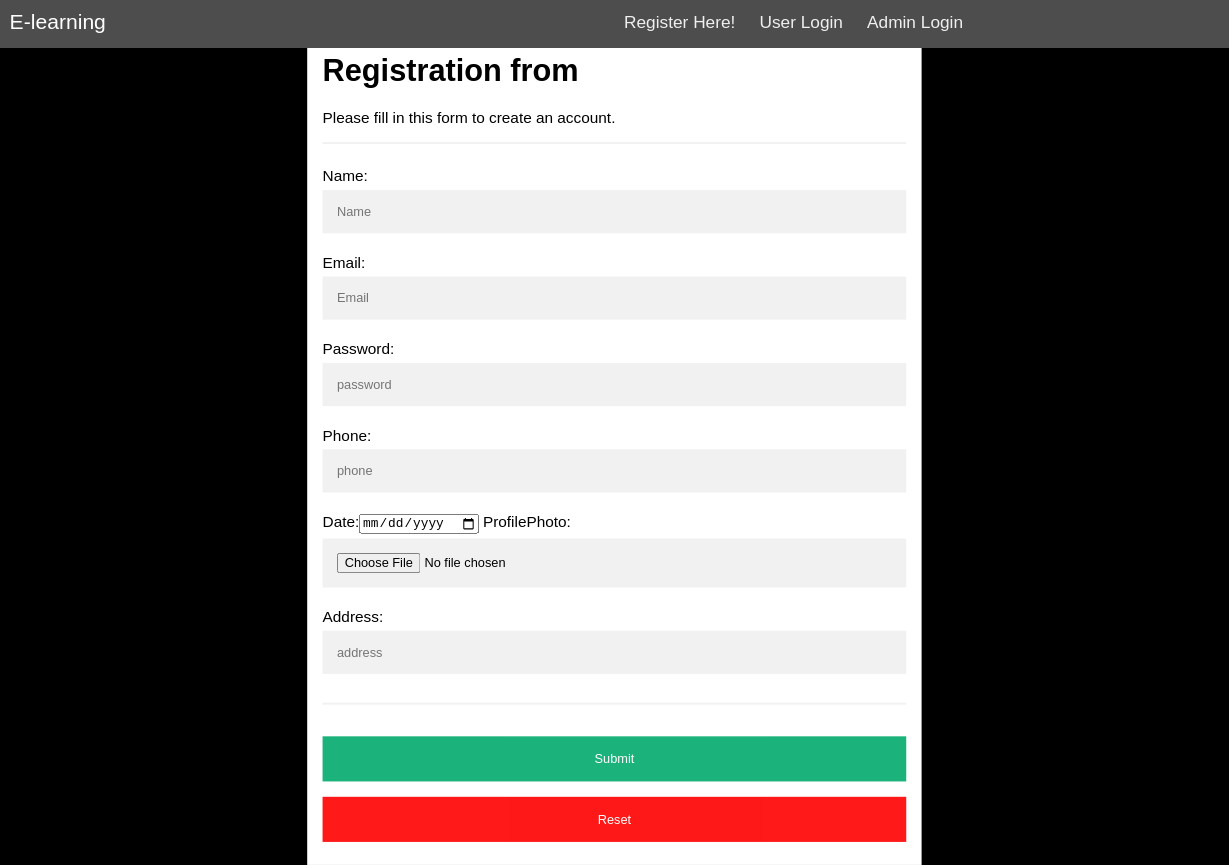
Repository: hemanthchallacs/learning_spring_boot
Page: http://localhost/RegistrationForm
An editor plug-in stored every save of this project. The page is shown before and after the next save, followed by the edit.
The browser window is 1280 px wide. The pictures show the whole page, at 96% of full size.
The page is this project's Thymeleaf template; nobody is signed in. The template is opened directly, without the code that normally fills it, so the values that code supplies are empty.

Above is the page before, as saved 2021-07-13 06:36:28.

### ver1_elearning/src/main/resources/templates/RegistrationForm.html
<!DOCTYPE html>
<html xmlns:th ="http://www.thymeleaf.org">
<head>
<meta charset="ISO-8859-1">
<title>Registration from</title>
<style>

* {
  box-sizing: border-box;
}

body {
  margin: 0px;
  font-family: 'segoe ui';
}

.nav {
  height: 50px;
  width: 100%;
  background-color: #4d4d4d;
  position: relative;
  position: fixed;
    width: 100%;
    top: 0;
}

.nav > .nav-header {
  display: inline;
}

.nav > .nav-header > .nav-title {
  display: inline-block;
  font-size: 22px;
  color: #fff;
  padding: 10px 10px 10px 10px;
}

.nav > .nav-btn {
  display: none;
}

.nav > .nav-links {
  display: inline;
  float: right;
  font-size: 18px;
  right:0;
}

.nav > .nav-links > a {
  display: inline-block;
  padding: 13px 10px 13px 10px;
  text-decoration: none;
  color: #efefef;
}

.nav > .nav-links > a:hover {
  background-color: rgba(0, 0, 0, 0.3);
}

.nav > #nav-check {
  display: none;
}

@media (max-width:600px) {
  .nav > .nav-btn {
    display: inline-block;
    position: absolute;
    right: 0px;
    top: 0px;
  }
  .nav > .nav-btn > label {
    display: inline-block;
    width: 50px;
    height: 50px;
    padding: 13px;
  }
  .nav > .nav-btn > label:hover,.nav  #nav-check:checked ~ .nav-btn > label {
    background-color: rgba(0, 0, 0, 0.3);
  }
  .nav > .nav-btn > label > span {
    display: block;
    width: 25px;
    height: 10px;
    border-top: 2px solid #eee;
  }
  .nav > .nav-links {
    position: absolute;
    display: block;
    width: 100%;
    background-color: #333;
    height: 0px;
    transition: all 0.3s ease-in;
    overflow-y: hidden;
    top: 50px;
    left: 0px;
  }
  .nav > .nav-links > a {
    display: block;
    width: 100%;
  }
  .nav > #nav-check:not(:checked) ~ .nav-links {
    height: 0px;
  }
  .nav > #nav-check:checked ~ .nav-links {
    height: calc(100vh - 50px);
    overflow-y: auto;
  }
}


div{

height:50%;
width:50%;
margin:auto;

}


body {
  font-family: Arial, Helvetica, sans-serif;
  background-color: black;
}

* {
  box-sizing: border-box;
}

/* Add padding to containers */
.container {
  padding: 16px;
  background-color: white;
}

/* Full-width input fields */
input[type=text], input[type=password] {
  width: 100%;
  padding: 15px;
  margin: 5px 0 22px 0;
  display: inline-block;
  border: none;
  background: #f1f1f1;
}

input[type=file], input[type=password] {
  width: 100%;
  padding: 15px;
  margin: 5px 0 22px 0;
  display: inline-block;
  border: none;
  background: #f1f1f1;
}

input[type=text]:focus, input[type=password]:focus {
  background-color: #ddd;
  outline: none;
}

/* Overwrite default styles of hr */
hr {
  border: 1px solid #f1f1f1;
  margin-bottom: 25px;
}

/* Set a style for the submit button */
.registerbtn {
  background-color: #04AA6D;
  color: white;
  padding: 16px 20px;
  margin: 8px 0;
  border: none;
  cursor: pointer;
  width: 100%;
  opacity: 0.9;
}

.resetbtn {
  background-color: red;
  color: white;
  padding: 16px 20px;
  margin: 8px 0;
  border: none;
  cursor: pointer;
  width: 100%;
  opacity: 0.9;
}

.resetbtn:hover {
  opacity: 1;
}


.registerbtn:hover {
  opacity: 1;
}

/* Add a blue text color to links */
a {
  color: dodgerblue;
}

/* Set a grey background color and center the text of the "sign in" section */
.signin {
  background-color: #f1f1f1;
  text-align: center;
}
</style>
<script>
function validateForm() {
  let x = document.forms["myform"]["pass"].value;
  if (x.length < 8) {
    alert("Password is Less than 8 chracters.");
    return false;
  }
}
</script>
</head>
<body>

<br>

<div class="nav" >

  <div class="nav-header">
    <div class="nav-title">
      E-learning
    </div>
  </div>
  <div class="nav-btn">
    <label for="nav-check">
      <span></span>
      <span></span>
      <span></span>
    </label>
  </div>

  <div class="nav-links">
   <a th:href=@{/RegistrationForm}>Register Here!</a>
	<a th:href=@{/login}>User Login</a>
	<a th:href=@{/adminlogin}>Admin Login</a>

  </div>
</div>





<form name="myform" onsubmit="return validateForm()" th:action=@{/registerUser}  th:object=${newuser}  method="post" enctype="multipart/form-data"
 >
<!--  UserID:<input type="text" placeholder= "UserID" th:field=*{user_id}>-->
  <div class="container">
 <h1>Registration from</h1>
    <p>Please fill in this form to create an account.</p>
    <hr>
Name:<input type="text" placeholder= "Name" th:field=*{name}>
Email:<input type="text" placeholder= "Email" th:field=*{email}>
Password:<input type="password" name="pass" placeholder= "password" th:field=*{password}>
Phone:<input type="text" placeholder= "phone" th:field=*{phone_no}>
Date:<input type="date" th:field=*{reg_date}>
ProfilePhoto:
<input type="file" accept="image/*"name="image">
<br>
Address:<input type="text" placeholder= "address" th:field=*{address}>
<hr>
<input  class="registerbtn" type="submit" name="Register" >
<input class="resetbtn" type="reset" name= "Reset">
</div>


</form>


</body>
</html>

After the next save:
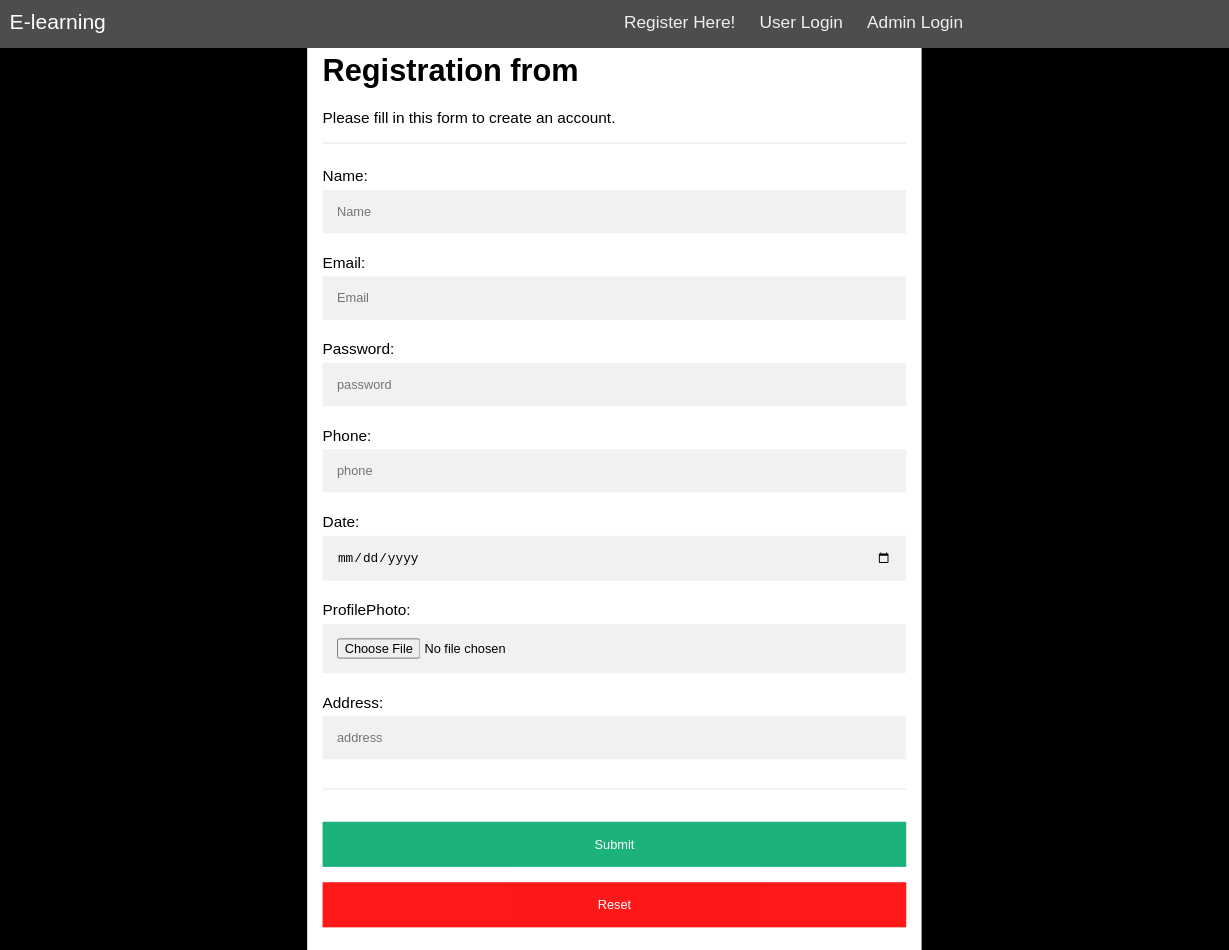
Saved 28 s later.
--- a/ver1_elearning/src/main/resources/templates/RegistrationForm.html
+++ b/ver1_elearning/src/main/resources/templates/RegistrationForm.html
@@ -143,6 +143,15 @@ input[type=text], input[type=password] {
 }
 
 input[type=file], input[type=password] {
+  width: 100%;
+  padding: 15px;
+  margin: 5px 0 22px 0;
+  display: inline-block;
+  border: none;
+  background: #f1f1f1;
+}
+
+input[type=date], input[type=password] {
   width: 100%;
   padding: 15px;
   margin: 5px 0 22px 0;
